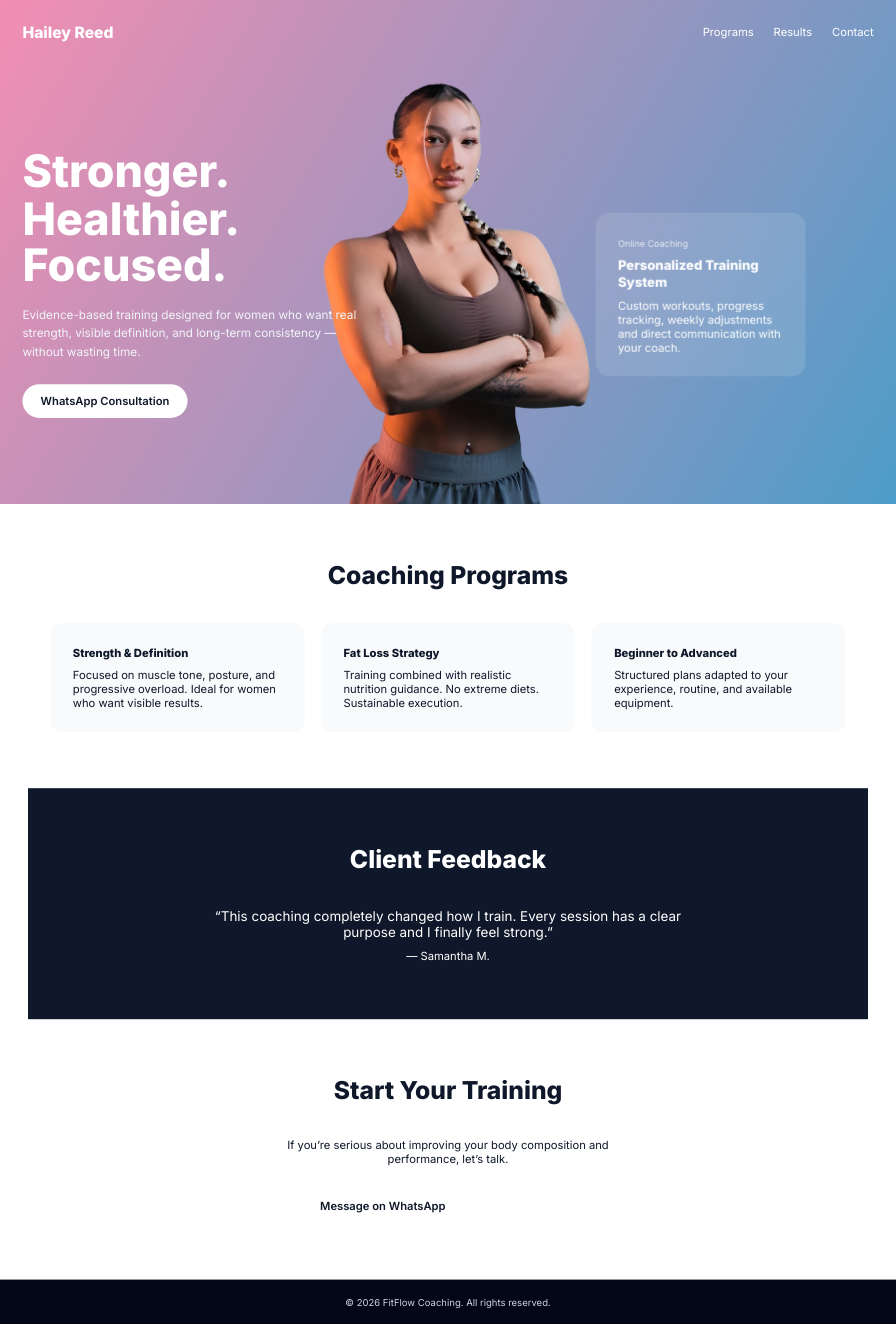
Repository: davidfsillva/Hailey-Reed-Coaching
Page: index.html
An editor plug-in stored every save of this project. The page is shown before and after a run of saves, followed by the edit.
The browser window is 1280 px wide. The pictures show the whole page, at 70% of full size.

Above is the page before, as saved 2026-02-11 17:41:23.

### index.html
<!DOCTYPE html>
<html lang="en">
<head>
  <meta charset="UTF-8" />
  <meta name="viewport" content="width=device-width, initial-scale=1.0" />
  <title>Personal Trainer | Online Coaching</title>
  <link rel="stylesheet" href="style.css" />
  <link rel="preconnect" href="https://fonts.googleapis.com">
  <link rel="preconnect" href="https://fonts.gstatic.com" crossorigin>
  <link href="https://fonts.googleapis.com/css2?family=Inter:wght@400;600;800&display=swap" rel="stylesheet">
</head>
<body>

<header class="hero">
  <nav class="nav">
    <h1 class="logo">Hailey Reed</h1>
    <div class="nav-links">
      <a href="#programs">Programs</a>
      <a href="#results">Results</a>
      <a href="#contact">Contact</a>
    </div>
  </nav>

  <!-- IMAGEM DO TREINADOR -->
  <img class="hero-img" src="img/Photoroom_20260211_45117 PM.png" alt="Trainer" />

  <!-- GRADIENTE SOBRE A IMAGEM -->
  <div class="hero-gradient"></div>

  <!-- CONTEÚDO DO HERO -->
  <div class="hero-content">
    <div class="hero-text">

  <span class="trainer-name"><br></span>

  <h2 class="hero-title">
    Stronger.<br>
    Healthier.<br>
    Focused.
  </h2>
      <p>
        Evidence-based training designed for women who want real strength,
        visible definition, and long-term consistency — without wasting time.
      </p>
      <div class="cta-group">
        <a href="https://wa.me/5599999999999" target="_blank" class="btn primary">
          WhatsApp Consultation
        </a>
      </div>
    </div>

    <div class="hero-card">
      <span class="tag">Online Coaching</span>
      <h3>Personalized Training System</h3>
      <p>
        Custom workouts, progress tracking, weekly adjustments
        and direct communication with your coach.
      </p>
    </div>
  </div>
</header>


<section id="programs" class="section">
  <h3>Coaching Programs</h3>

  <div class="cards">
    <div class="card">
      <h4>Strength & Definition</h4>
      <p>
        Focused on muscle tone, posture, and progressive overload.
        Ideal for women who want visible results.
      </p>
    </div>

    <div class="card">
      <h4>Fat Loss Strategy</h4>
      <p>
        Training combined with realistic nutrition guidance.
        No extreme diets. Sustainable execution.
      </p>
    </div>

    <div class="card">
      <h4>Beginner to Advanced</h4>
      <p>
        Structured plans adapted to your experience, routine,
        and available equipment.
      </p>
    </div>
  </div>
</section>

<section id="results" class="section dark">
  <h3>Client Feedback</h3>

  <div class="testimonial">
    <p>
      “This coaching completely changed how I train.
      Every session has a clear purpose and I finally feel strong.”
    </p>
    <span>— Samantha M.</span>
  </div>
</section>

<section id="contact" class="section">
  <h3>Start Your Training</h3>
  <p class="contact-text">
    If you’re serious about improving your body composition
    and performance, let’s talk.
  </p>

  <div class="cta-group center">
    <a href="https://wa.me/5599999999999" target="_blank" class="btn primary">
      Message on WhatsApp
    </a>
    <a href="https://instagram.com/seuinstagram" target="_blank" class="btn secondary">
      Visit Instagram
    </a>
  </div>
</section>

<footer class="footer">
  <p>© 2026 FitFlow Coaching. All rights reserved.</p>
</footer>

<script src="script.js"></script>
</body>
</html>

### style.css
:root {
  --pink: #f07aa5;
  --blue: #2e8bc0;
  --dark: #0f172a;
  --light: #ffffff;
  --muted: #cbd5e1;
}

* {
  margin: 0;
  padding: 0;
  box-sizing: border-box;
  font-family: 'Inter', sans-serif;
}

body {
  background: var(--light);
  color: var(--dark);
}

/* ================= HERO ================= */
.hero {
  position: relative;
  min-height: 100vh;
  padding: 32px;
  color: white;
  overflow: hidden;
}

/* IMAGEM DO TREINADOR */
/* IMAGEM DO TREINADOR */
.hero-img {
  position: absolute;
  top: 50%;
  left: 50%;
  transform: translate(-50%, -50%);
  width: 60%;
  max-width: 500px;
  height: auto;
  z-index: 2; /* imagem acima do gradiente */
}

/* GRADIENTE SOBRE A IMAGEM (agora atrás da imagem) */
.hero-gradient {
  position: absolute;
  top: 0;
  left: 0;
  width: 100%;
  height: 100%;
  background: linear-gradient(
    120deg,
    rgba(240,122,165,0.85),
    rgba(46,139,192,0.85)
  );
  z-index: 1; /* atrás da imagem */
}

/* CONTEÚDO DO HERO (texto e card) */
.hero-content {
  position: relative;
  z-index: 5; /* sempre acima da imagem */
}


/* TEXTO DO HERO */

.hero-text {
  display: flex;
  flex-direction: column;
  justify-content: center;
  height: 85vh;
}

/* Nome */
.trainer-name {
  font-size: 0.9rem;
  letter-spacing: 3px;
  text-transform: uppercase;
  opacity: 0.85;
  margin-bottom: 60px;
}

/* Título */
.hero-title {
  margin-bottom: 60px;
}

/* Parágrafo */
.hero-text p {
  max-width: 500px;
  line-height: 1.6;
}

.hero-text h2 {
  font-size: clamp(2.8rem, 5vw, 4.2rem);
  line-height: 1.05;
  margin-bottom: 24px;
}

.hero-text p {
  max-width: 480px;
  font-size: 1.05rem;
  color: #f1f5f9;
}

/* BOTÕES */
.cta-group {
  display: flex;
  gap: 16px;
  margin-top: 32px;
  flex-wrap: wrap;
}

.btn {
  padding: 14px 26px;
  border-radius: 999px;
  font-weight: 600;
  text-decoration: none;
  transition: 0.3s;
}

.btn.primary {
  background: white;
  color: var(--dark);
}

.btn.secondary {
  border: 1px solid white;
  color: white;
}

.btn:hover {
  transform: translateY(-2px);
}

/* CARD COM BLUR */
.hero-card {
  position: absolute; /* posição relativa ao hero */
  top: 40%;           /* ajuste vertical: quanto mais alto o %, mais baixo ele fica */
  right: 8%;          /* distância da borda direita */
  width: 300px;       /* largura do card */
  background: rgba(255,255,255,0.12);
  backdrop-filter: blur(14px);
  padding: 32px;
  border-radius: 20px;
  z-index: 4;         /* acima da imagem */
}

/* TAG E TÍTULO DO CARD */
.hero-card .tag {
  font-size: 0.8rem;
  opacity: 0.8;
}

.hero-card h3 {
  margin: 12px 0;
}

/* ================= NAVBAR ================= */
.nav {
  position: relative;
  z-index: 10; /* maior que imagem, gradiente e card */

  display: flex;              /* ativa alinhamento horizontal */
  justify-content: space-between; /* logo esquerda, links direita */
  align-items: center;        /* centraliza verticalmente */
}

.nav-links a {
  position: relative;
  color: white;
  margin-left: 24px;
  text-decoration: none;
  font-weight: 500;
  padding-bottom: 4px;
}

.nav-links a::after {
  content: "";
  position: absolute;
  left: 0;
  bottom: 0;
  width: 0%;
  height: 2px;
  background: white;
  transition: width 0.3s ease;
}

.nav-links a:hover::after {
  width: 100%;
}



.logo {
  font-weight: 800;
  font-size: 1.4rem;
}

.nav-links a {
  color: white;
  margin-left: 24px;
  text-decoration: none;
  font-weight: 500;
}

/* ================= SECTIONS ================= */
.section {
  padding: 80px 32px;
  max-width: 1200px;
  margin: auto;
}

.section h3 {
  font-size: 2.2rem;
  margin-bottom: 48px;
  text-align: center;
}

.cards {
  display: grid;
  grid-template-columns: repeat(auto-fit,minmax(260px,1fr));
  gap: 24px;
}

.card {
  background: #f8fafc;
  padding: 32px;
  border-radius: 16px;
}

.card h4 {
  margin-bottom: 12px;
}

.dark {
  background: #0f172a;
  color: white;
}

.testimonial {
  max-width: 700px;
  margin: auto;
  text-align: center;
}

.testimonial p {
  font-size: 1.2rem;
  margin-bottom: 12px;
}

.contact-text {
  text-align: center;
  max-width: 520px;
  margin: 0 auto 32px;
}

.center {
  justify-content: center;
}

/* ================= FOOTER ================= */
.footer {
  padding: 24px;
  text-align: center;
  background: #020617;
  color: var(--muted);
  font-size: 0.85rem;
}

/* ================= RESPONSIVE ================= */
@media (max-width: 900px) {
  .hero-content {
    grid-template-columns: 1fr;
    text-align: center;
  }

  .hero-text p {
    margin: auto;
  }

  .hero-card {
    margin-top: 32px;
  }

  .hero-img {
    width: 90%; /* ajusta para telas menores */
  }

    .nav {
    flex-direction: column;
    gap: 16px;
  }

  .nav-links a {
    margin-left: 0;
  }
}

### script.js
// Smooth scroll for internal links
document.querySelectorAll('a[href^="#"]').forEach(anchor => {
  anchor.addEventListener('click', function (e) {
    e.preventDefault();
    document.querySelector(this.getAttribute('href'))
      .scrollIntoView({ behavior: 'smooth' });
  });
});

After the next 2 saves:
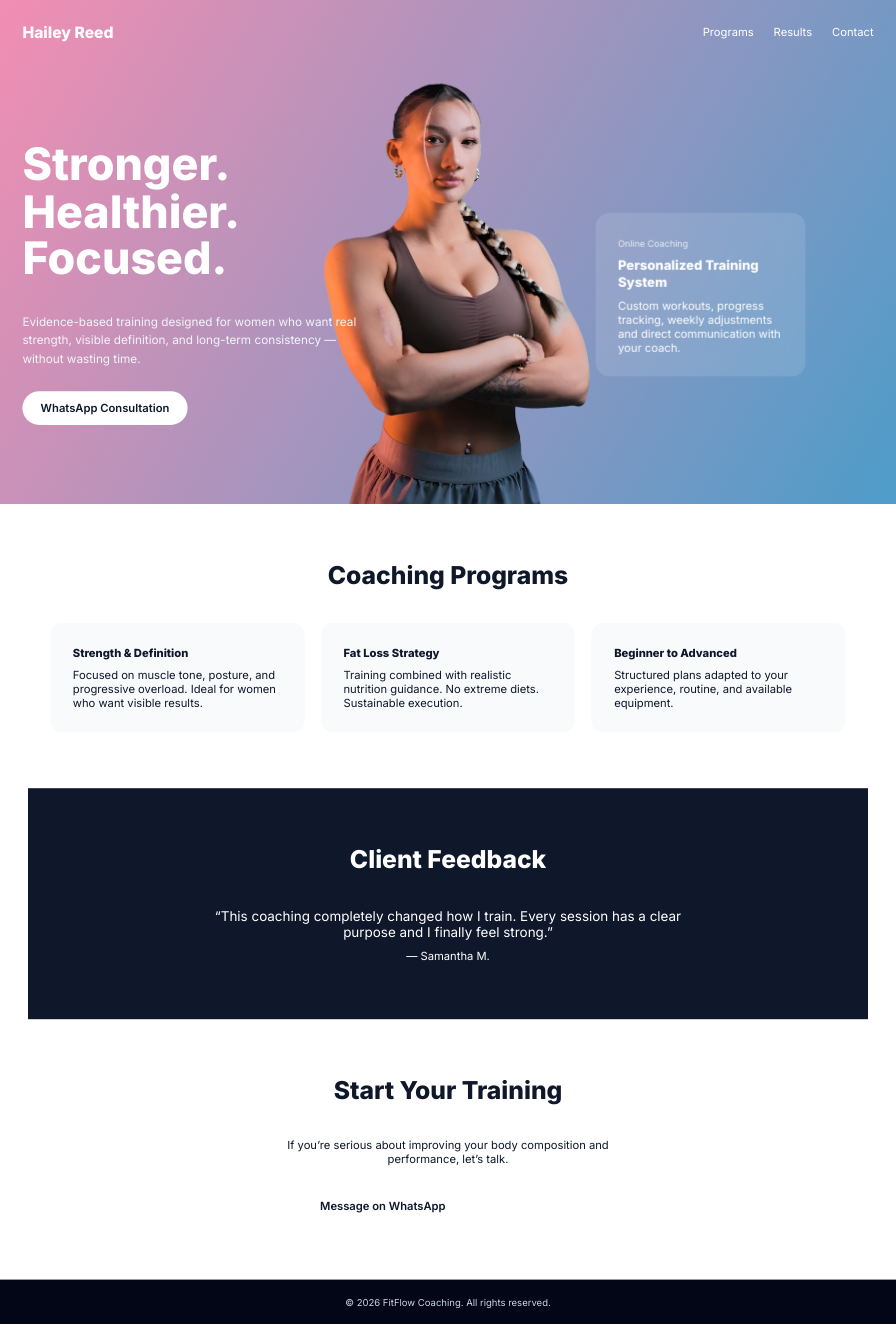
The 2 saves are shown as one change because they came seconds apart.
The last was saved 14 s later.
--- a/index.html
+++ b/index.html
@@ -37,7 +37,7 @@
     Stronger.<br>
     Healthier.<br>
     Focused.
-  </h2>
+  </h2><br>
       <p>
         Evidence-based training designed for women who want real strength,
         visible definition, and long-term consistency — without wasting time.

After the save that followed:
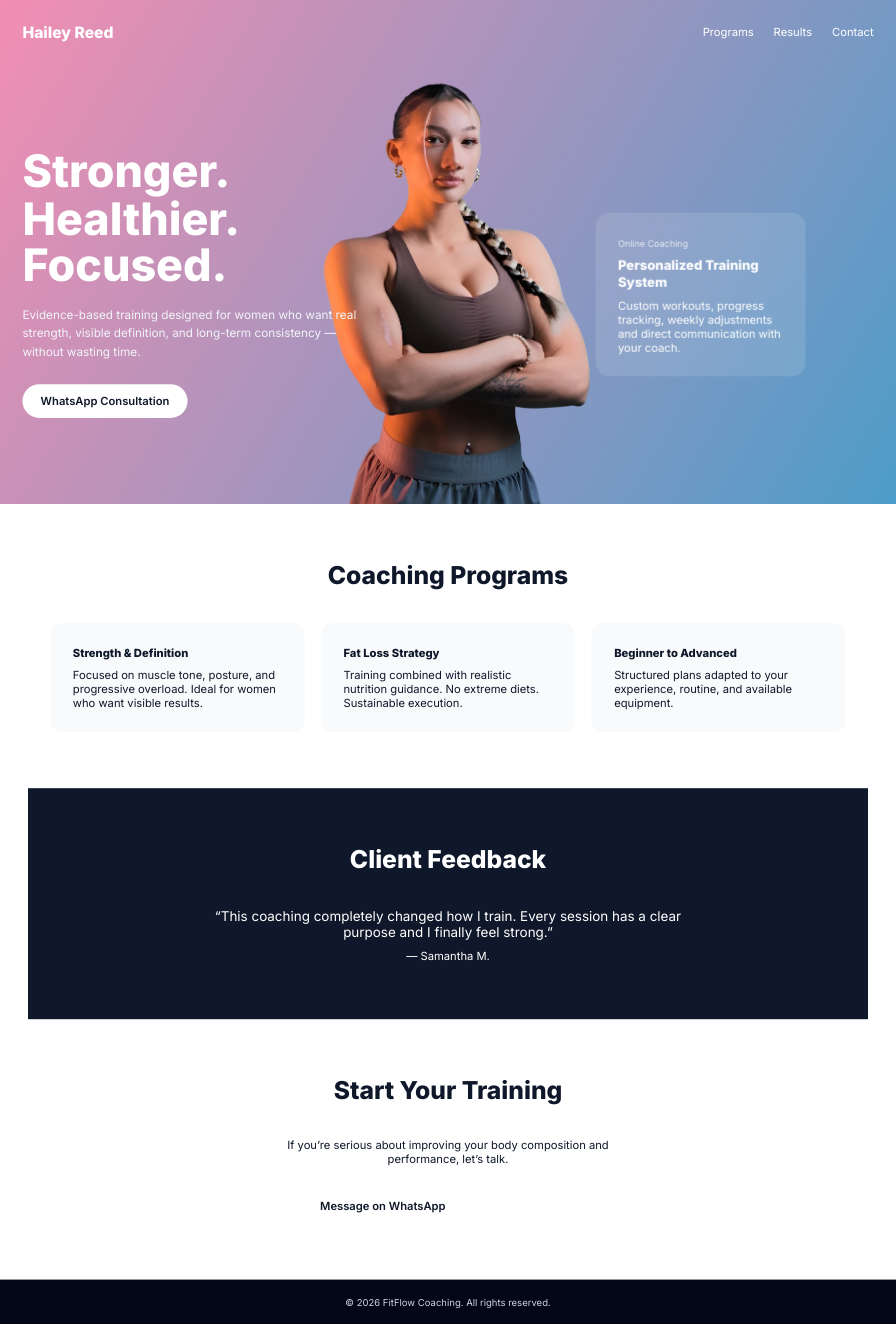
Saved 37 s later.
--- a/index.html
+++ b/index.html
@@ -37,7 +37,7 @@
     Stronger.<br>
     Healthier.<br>
     Focused.
-  </h2><br>
+  </h2>
       <p>
         Evidence-based training designed for women who want real strength,
         visible definition, and long-term consistency — without wasting time.
